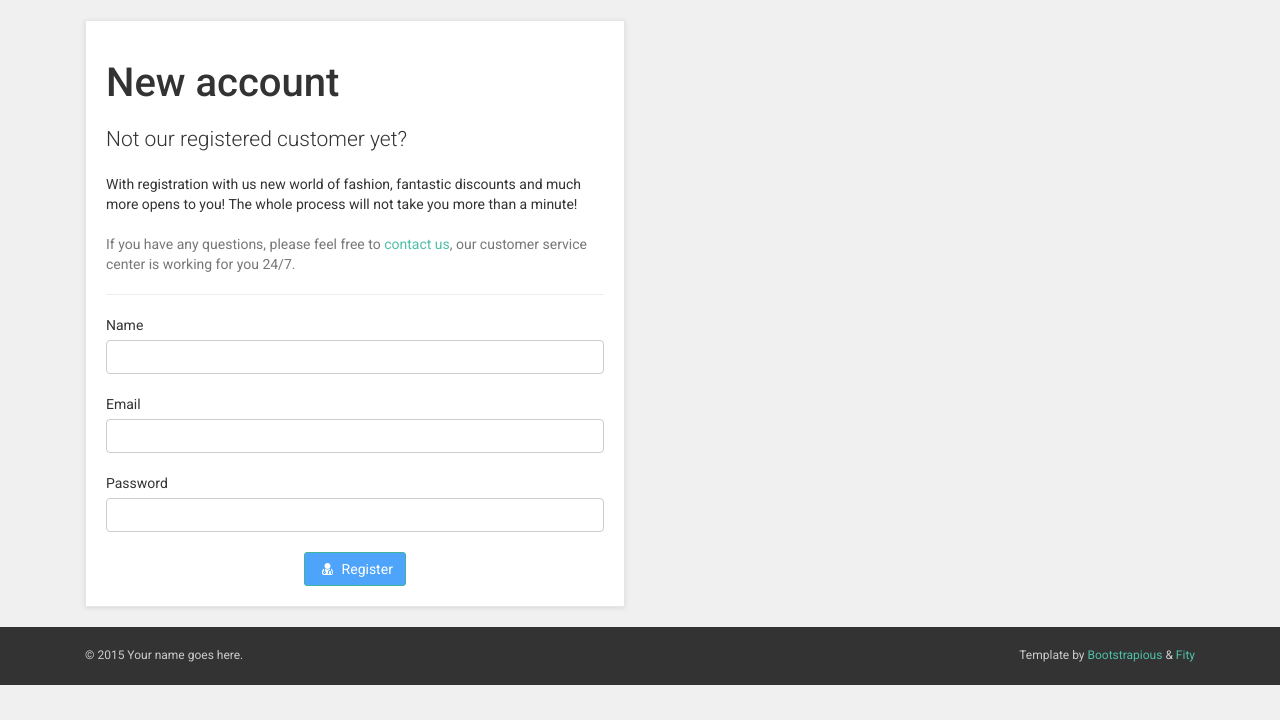
Repository: Sagnikb9/JavaDevops-Ecommerce
Page: http://localhost/MedioxyPharm/register
These files come from the project's save history. The page is drawn as it stood at one moment and after the next save; the edit follows.
The browser window is 1280 px wide. The pictures show the whole page.
The page is served by Tomcat 9. Other server files are loaded and not shown.

Above is the page before, as saved 2017-10-01 23:25:39.

### MedioxyPharm/src/main/webapp/WEB-INF/dispatcher-servlet.xml
<beans xmlns="http://www.springframework.org/schema/beans"
        xmlns:mvc="http://www.springframework.org/schema/mvc"
        xmlns:xsi="http://www.w3.org/2001/XMLSchema-instance"
        xmlns:context="http://www.springframework.org/schema/context"
        xsi:schemaLocation="
                http://www.springframework.org/schema/beans
                http://www.springframework.org/schema/beans/spring-beans.xsd
                http://www.springframework.org/schema/mvc
                http://www.springframework.org/schema/mvc/spring-mvc.xsd
                http://www.springframework.org/schema/context
                http://www.springframework.org/schema/context/spring-context.xsd">


        <mvc:annotation-driven enable-matrix-variables="true"/>
        <context:component-scan base-package="controller"/>

   <bean id="jspViewResolver" class="org.springframework.web.servlet.view.InternalResourceViewResolver">

        <property name="prefix" value="/WEB-INF/views/"/>
        <property name="suffix" value=".jsp"/>

   </bean>
   <mvc:default-servlet-handler />

</beans>

### MedioxyPharm/src/main/webapp/WEB-INF/views/register.jsp
<!DOCTYPE html>
<html lang="en">

<head>

    <meta charset="utf-8">
    <meta name="robots" content="all,follow">
    <meta name="googlebot" content="index,follow,snippet,archive">
    <meta name="viewport" content="width=device-width, initial-scale=1">
    <meta name="description" content="Obaju e-commerce template">
    <meta name="author" content="Ondrej Svestka | ondrejsvestka.cz">
    <meta name="keywords" content="">

    <title>
        MedioxyPharm
    </title>

    <meta name="keywords" content="">

    <link href='http://fonts.googleapis.com/css?family=Roboto:400,500,700,300,100' rel='stylesheet' type='text/css'>

    <!-- styles -->
    <link href="css/font-awesome.css" rel="stylesheet">
    <link href="css/bootstrap.min.css" rel="stylesheet">
    <link href="css/animate.min.css" rel="stylesheet">
    <link href="css/owl.carousel.css" rel="stylesheet">
    <link href="css/owl.theme.css" rel="stylesheet">

    <!-- theme stylesheet -->
    <link href="css/style.default.css" rel="stylesheet" id="theme-stylesheet">

    <!-- your stylesheet with modifications -->
    <link href="css/custom.css" rel="stylesheet">

    <script src="js/respond.min.js"></script>

    <link rel="shortcut icon" href="favicon.png">



</head>

<body>

<br>







    <!-- *** NAVBAR END *** -->

    <div id="all">

        <div id="content">
            <div class="container">


                <div class="col-md-6">
                    <div class="box">
                        <h1>New account</h1>

                        <p class="lead">Not our registered customer yet?</p>
                        <p>With registration with us new world of fashion, fantastic discounts and much more opens to you! The whole process will not take you more than a minute!</p>
                        <p class="text-muted">If you have any questions, please feel free to <a href="contact.html">contact us</a>, our customer service center is working for you 24/7.</p>

                        <hr>

                        <form action="customer-orders.html" method="post">
                            <div class="form-group">
                                <label for="name">Name</label>
                                <input type="text" class="form-control" id="name">
                            </div>
                            <div class="form-group">
                                <label for="email">Email</label>
                                <input type="text" class="form-control" id="email">
                            </div>
                            <div class="form-group">
                                <label for="password">Password</label>
                                <input type="password" class="form-control" id="password">
                            </div>
                            <div class="text-center">
                                <button type="submit" class="btn btn-primary"><i class="fa fa-user-md"></i> Register</button>
                            </div>
                        </form>
                    </div>
                </div>




            </div>
            <!-- /.container -->
        </div>
        <!-- /#content -->



<br>



        <!-- *** COPYRIGHT ***
 _________________________________________________________ -->
        <div id="copyright">
            <div class="container">
                <div class="col-md-6">
                    <p class="pull-left">© 2015 Your name goes here.</p>

                </div>
                <div class="col-md-6">
                    <p class="pull-right">Template by <a href="https://bootstrapious.com/e-commerce-templates">Bootstrapious</a> & <a href="https://fity.cz">Fity</a>
                         <!-- Not removing these links is part of the license conditions of the template. Thanks for understanding :) If you want to use the template without the attribution links, you can do so after supporting further themes development at https://bootstrapious.com/donate  -->
                    </p>
                </div>
            </div>
        </div>
        <!-- *** COPYRIGHT END *** -->



    </div>
    <!-- /#all -->




    <!-- *** SCRIPTS TO INCLUDE ***
 _________________________________________________________ -->
    <script src="js/jquery-1.11.0.min.js"></script>
    <script src="js/bootstrap.min.js"></script>
    <script src="js/jquery.cookie.js"></script>
    <script src="js/waypoints.min.js"></script>
    <script src="js/modernizr.js"></script>
    <script src="js/bootstrap-hover-dropdown.js"></script>
    <script src="js/owl.carousel.min.js"></script>
    <script src="js/front.js"></script>



</body>

</html>

Loaded but not shown: MedioxyPharm/src/main/webapp/css/font-awesome.css (library); MedioxyPharm/src/main/webapp/css/bootstrap.min.css (library); MedioxyPharm/src/main/webapp/css/animate.min.css (library); MedioxyPharm/src/main/webapp/css/owl.carousel.css (common file); MedioxyPharm/src/main/webapp/css/owl.theme.css (common file); MedioxyPharm/src/main/webapp/css/custom.css (common file); MedioxyPharm/src/main/webapp/js/respond.min.js (library); MedioxyPharm/src/main/webapp/js/jquery-1.11.0.min.js (library); MedioxyPharm/src/main/webapp/js/bootstrap.min.js (library); MedioxyPharm/src/main/webapp/js/jquery.cookie.js (library); MedioxyPharm/src/main/webapp/js/waypoints.min.js (library); MedioxyPharm/src/main/webapp/js/modernizr.js (library); MedioxyPharm/src/main/webapp/js/bootstrap-hover-dropdown.js (library); MedioxyPharm/src/main/webapp/js/owl.carousel.min.js (library); MedioxyPharm/src/main/webapp/js/front.js (237 lines, source omitted); MedioxyPharm/src/main/webapp/css/style.default.css (1677 lines, source omitted)

After the next save:
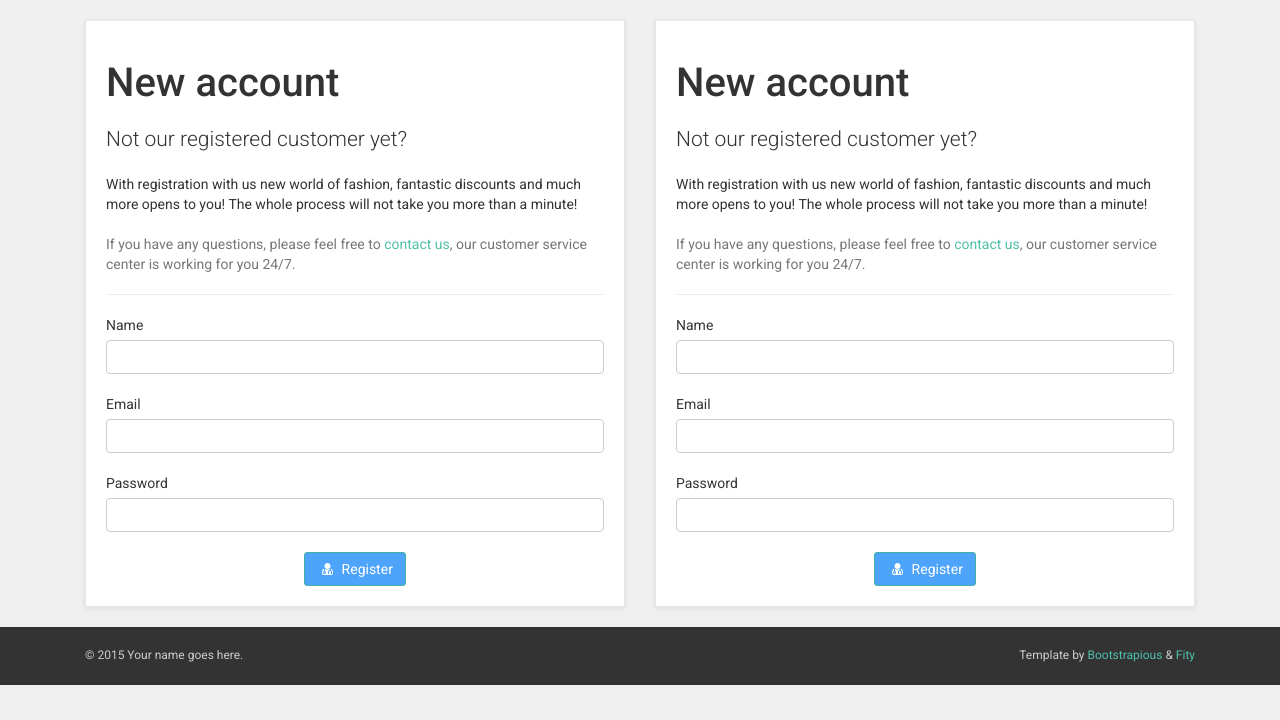
Saved 64 s later.
--- a/MedioxyPharm/src/main/webapp/WEB-INF/views/register.jsp
+++ b/MedioxyPharm/src/main/webapp/WEB-INF/views/register.jsp
@@ -89,7 +89,35 @@
                 </div>
 
 
+<div class="col-md-6">
+                    <div class="box">
+                        <h1>New account</h1>
 
+                        <p class="lead">Not our registered customer yet?</p>
+                        <p>With registration with us new world of fashion, fantastic discounts and much more opens to you! The whole process will not take you more than a minute!</p>
+                        <p class="text-muted">If you have any questions, please feel free to <a href="contact.html">contact us</a>, our customer service center is working for you 24/7.</p>
+
+                        <hr>
+
+                        <form action="customer-orders.html" method="post">
+                            <div class="form-group">
+                                <label for="name">Name</label>
+                                <input type="text" class="form-control" id="name">
+                            </div>
+                            <div class="form-group">
+                                <label for="email">Email</label>
+                                <input type="text" class="form-control" id="email">
+                            </div>
+                            <div class="form-group">
+                                <label for="password">Password</label>
+                                <input type="password" class="form-control" id="password">
+                            </div>
+                            <div class="text-center">
+                                <button type="submit" class="btn btn-primary"><i class="fa fa-user-md"></i> Register</button>
+                            </div>
+                        </form>
+                    </div>
+                </div>
 
             </div>
             <!-- /.container -->
